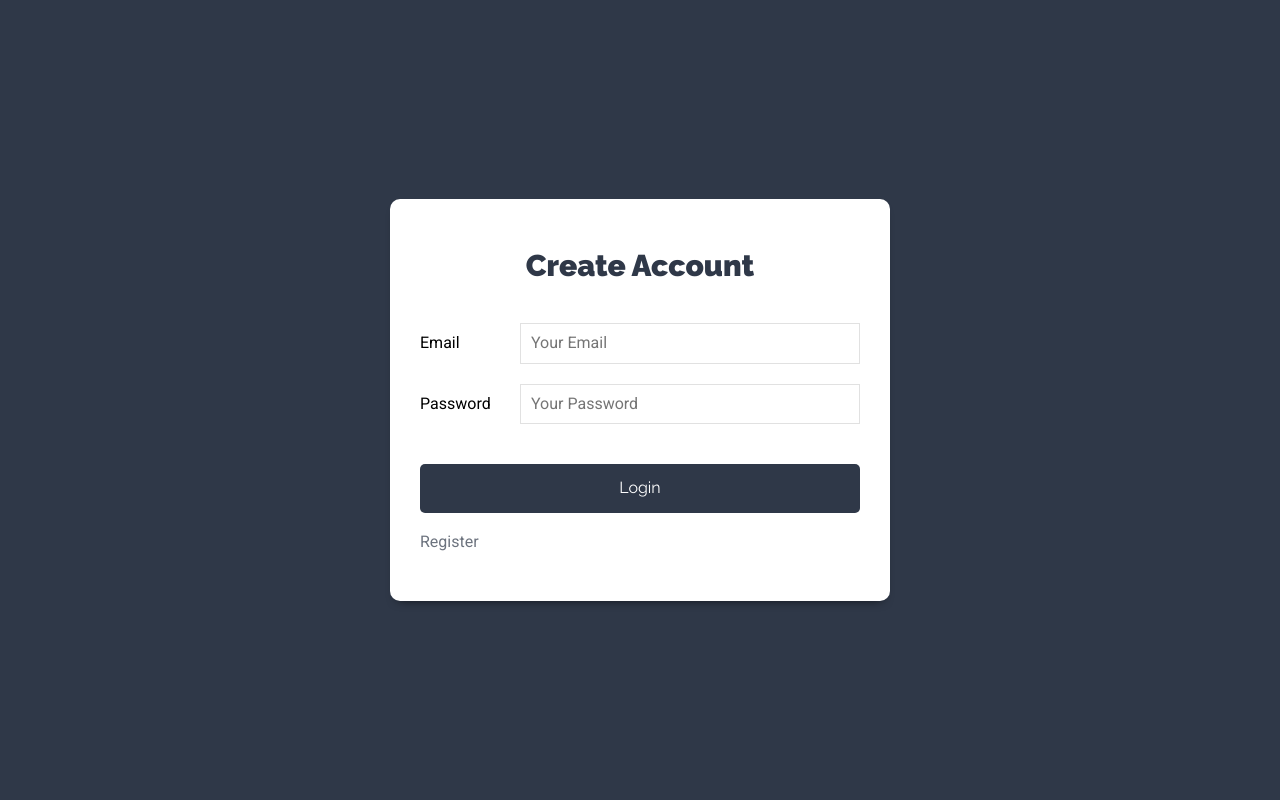
Repository: ppfeliuu/MERN-Task-Client
Page: /new-account
The author's editor kept a copy of each file at every save. The page is drawn from the files as they stood at one save, then again after the next save.
The browser window is 1280 px wide. The pictures show the whole page.
The project was rebuilt for these pictures with package versions that can differ from the ones it lists, and the page was loaded fresh each time. Also part of the build but not shown: src/components/auth/Login.js, src/components/projects/Projects.js.

Above is the page before, as saved 2020-02-13 19:26:41.

After the next save:
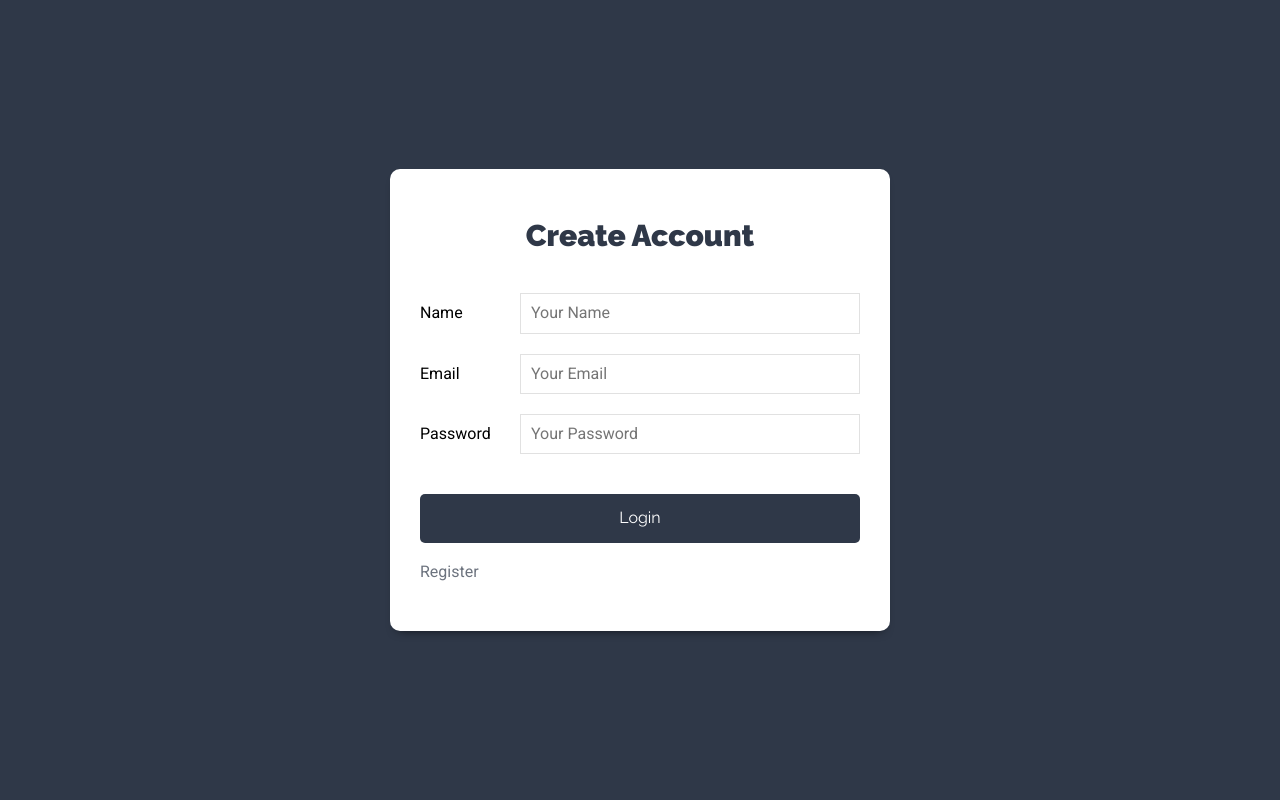
Saved 43 s later.
--- a/src/components/auth/NewAccount.js
+++ b/src/components/auth/NewAccount.js
@@ -1,5 +1,5 @@
 import React, { useState } from "react";
-import { Link } from 'react-router-dom';
+import { Link } from "react-router-dom";
 
 const NewAccount = () => {
   //State login
@@ -8,30 +8,40 @@ const NewAccount = () => {
     password: ""
   });
 
-  const { email, password} = user;
+  const { email, password } = user;
 
   const onChange = e => {
-      setUser({
-          ...user,
-          [e.target.name]: e.target.value
-      })
+    setUser({
+      ...user,
+      [e.target.name]: e.target.value
+    });
   };
 
   const onSubmit = e => {
-      e.preventDefault();
+    e.preventDefault();
 
-      //Validate no empty fields
+    //Validate no empty fields
 
-      //Pass to action
-
-  }
-
+    //Pass to action
+  };
 
   return (
     <div className="form-usuario">
       <div className="contenedor-form sombra-dark">
         <h1>Create Account</h1>
         <form onSubmit={onSubmit}>
+          <div className="campo-form">
+            <label htmlFor="username">Name</label>
+            <input
+              type="text"
+              id="username"
+              name="username"
+              value={email}
+              placeholder="Your Name"
+              onChange={onChange}
+            />
+          </div>
+
           <div className="campo-form">
             <label htmlFor="email">Email</label>
             <input
@@ -64,7 +74,9 @@ const NewAccount = () => {
             />
           </div>
         </form>
-        <Link to={'/new-account'} className="enlace-cuenta">Register</Link>
+        <Link to={"/new-account"} className="enlace-cuenta">
+          Register
+        </Link>
       </div>
     </div>
   );
